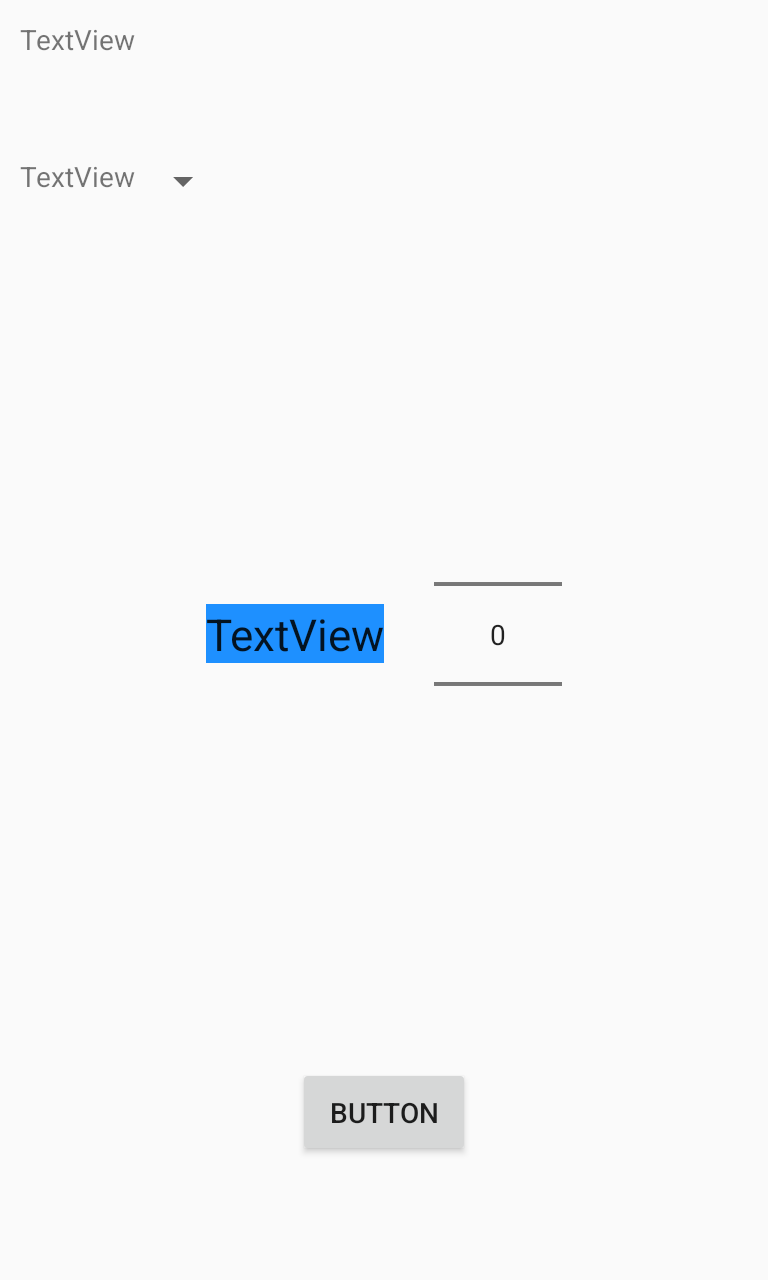
Repository: mimimy/MassagePro
Layout: BLE-Version/MassageTool/res/layout/base_pager.xml
An editor plug-in stored every save of this project. The layout is shown before and after the next save, followed by the edit.
It is drawn on a 768 x 1280 px phone screen (xhdpi) without system bars, with theme AppTheme; the app's code is not run.

Above is the layout before, as saved 2018-07-29 00:51:17.

### BLE-Version/MassageTool/res/layout/base_pager.xml
<LinearLayout xmlns:android="http://schemas.android.com/apk/res/android"
    xmlns:tools="http://schemas.android.com/tools"
    android:layout_width="match_parent"
    android:padding="20px"
    android:layout_height="fill_parent"
    android:orientation="vertical" >

    <TextView
        android:id="@+id/textView1"
        android:layout_width="match_parent"
        android:layout_height="wrap_content"
        android:layout_weight="1"
        android:text="TextView" />

    <LinearLayout
        android:layout_width="match_parent"
        android:layout_height="wrap_content"
        android:layout_weight="1">

        <TextView
            android:id="@+id/textView2"
            android:layout_width="wrap_content"
            android:layout_height="wrap_content"
            android:text="TextView" />

        <Spinner
            android:id="@+id/spinner1"
            android:layout_width="wrap_content"
            android:layout_height="wrap_content"/>
    </LinearLayout>

    <LinearLayout
        android:layout_width="match_parent"
        android:layout_height="wrap_content"
        android:orientation="horizontal"
        android:gravity="center"
        android:layout_weight="3">


        <TextView
            android:id="@+id/textView3"
            android:background="#1E90FF"
            android:layout_width="wrap_content"
            android:layout_height="wrap_content"
            android:textAppearance="?android:attr/textAppearanceLarge"
            android:text="TextView" />

        <NumberPicker
            android:id="@+id/numberPicker1"
            android:layout_marginLeft="50px"
            android:layout_width="wrap_content"
            android:layout_height="wrap_content" />
    </LinearLayout>

    <LinearLayout
        android:layout_width="fill_parent"
        android:layout_height="wrap_content"
        android:gravity="center"
        android:layout_weight="2">

        <Button
            android:id="@+id/button1"
            android:layout_width="wrap_content"
            android:layout_height="wrap_content"

            android:text="Button" />

    </LinearLayout>

</LinearLayout>

### BLE-Version/MassageTool/res/values/styles.xml
<resources>

    <!--
        Base application theme, dependent on API level. This theme is replaced
        by AppBaseTheme from res/values-vXX/styles.xml on newer devices.
    -->
    <style name="AppBaseTheme" parent="android:Theme.Light">
        <!--
            Theme customizations available in newer API levels can go in
            res/values-vXX/styles.xml, while customizations related to
            backward-compatibility can go here.
        -->
    </style>

    <!-- Application theme. -->
    <style name="AppTheme" parent="AppBaseTheme">
        <!-- All customizations that are NOT specific to a particular API-level can go here. -->

    </style>

     <style name="OverflowStyle">
         <item name="android:src">@drawable/blooth</item>
         <item name="android:actionOverflowButtonStyle">@style/OverflowStyle</item>
      </style>
</resources>

Loaded but not shown: BLE-Version/MassageTool/res/values-v11/styles.xml (common file); BLE-Version/MassageTool/res/values-v14/styles.xml (common file)

After the next save:
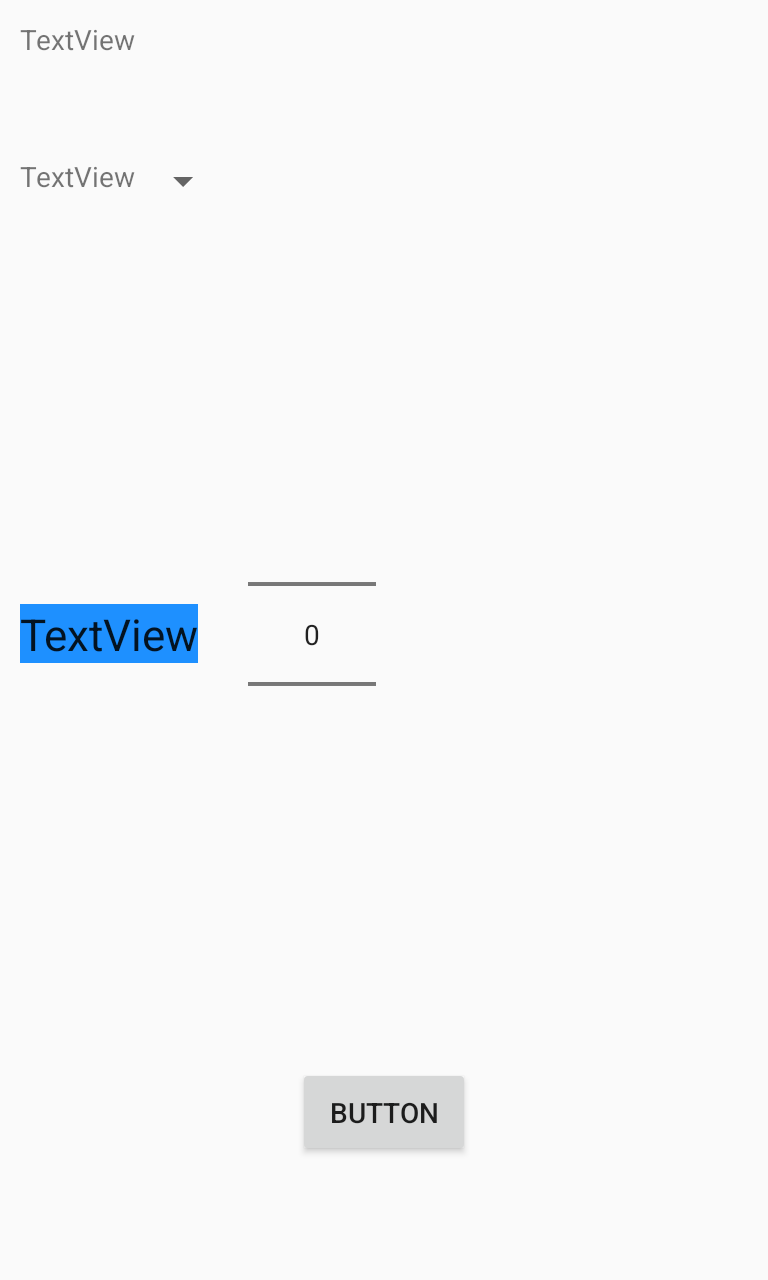
Saved 35 s later.
--- a/BLE-Version/MassageTool/res/layout/base_pager.xml
+++ b/BLE-Version/MassageTool/res/layout/base_pager.xml
@@ -33,7 +33,7 @@
         android:layout_width="match_parent"
         android:layout_height="wrap_content"
         android:orientation="horizontal"
-        android:gravity="center"
+        android:gravity="center_vertical"
         android:layout_weight="3">
 
 
